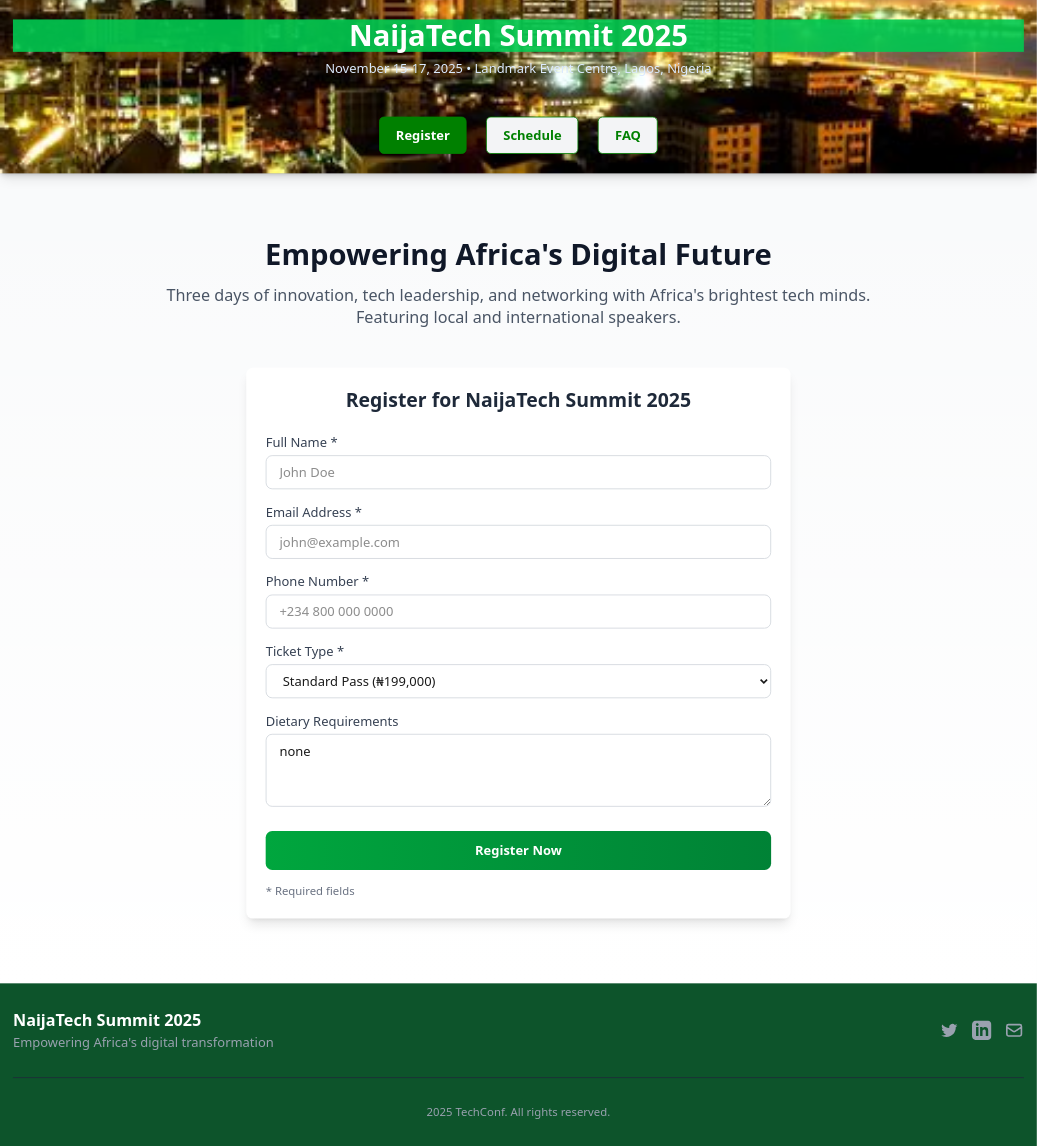
Repository: AYANO-EMMANUEL/fictional-tech-conf-event
Page: /
An editor plug-in stored every save of this project. The page is shown before and after the next save, followed by the edit.
The browser window is 1280 px wide. The pictures show the whole page, at 81% of full size.
The project was rebuilt for these pictures with package versions that can differ from the ones it lists, and the page was loaded fresh each time. Also part of the build but not shown: vite.config.ts, src/components/Schedule/Schedule.tsx, src/components/FAQ/FAQ.tsx.

Above is the page before, as saved 2025-08-06 14:20:45.

After the next save:
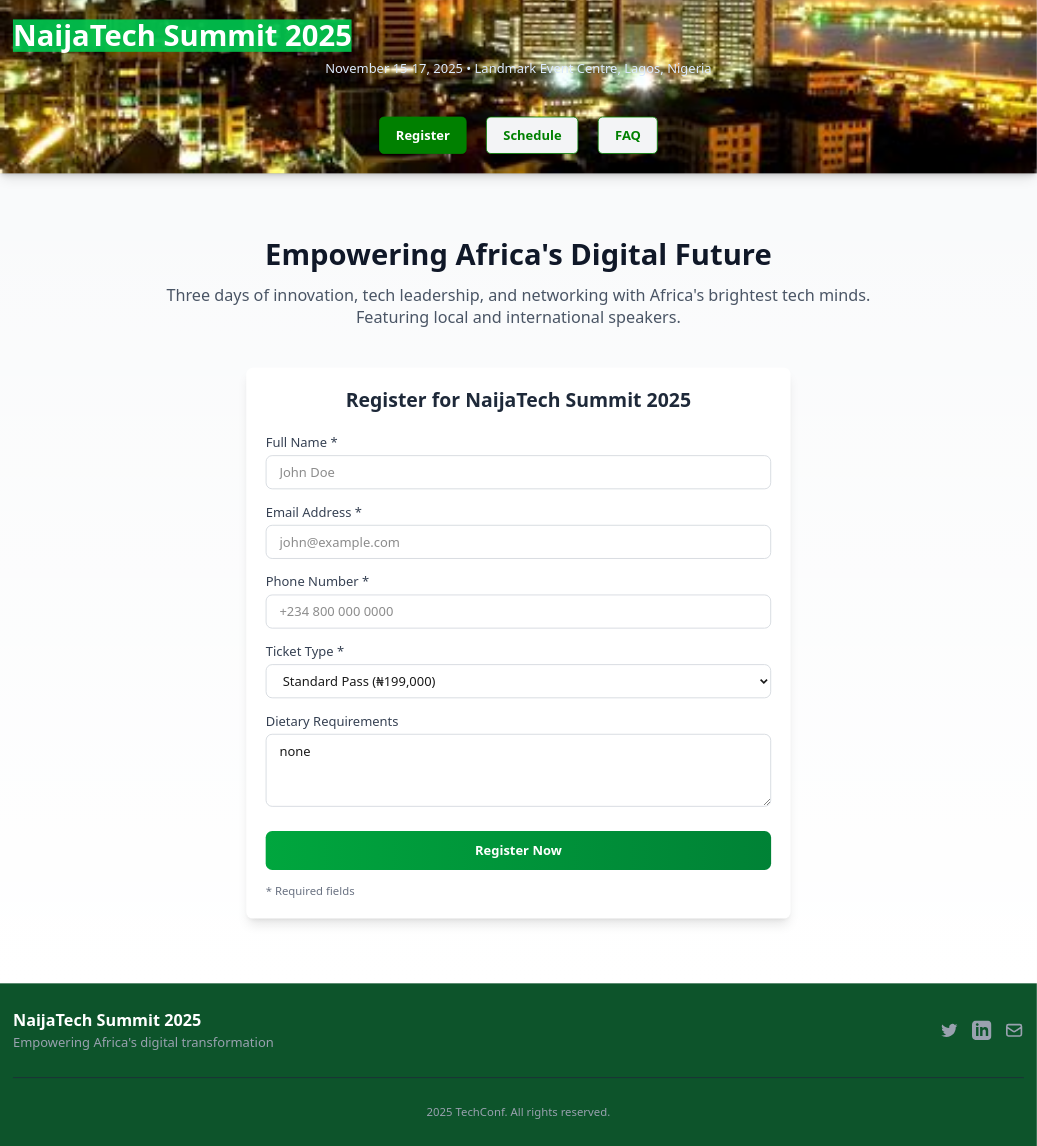
Saved 13 s later.
--- a/src/App.tsx
+++ b/src/App.tsx
@@ -12,7 +12,7 @@ function App() {
       {/* Header */}
       <header className="bg-gradient-to-r text-center from-green-500 to-green-700 bg-cover bg-bottom bg-[url('../src/assets/tnigeria-bg.jpeg')] text-white shadow-lg">
         <div className="container mx-auto px-4 py-6">
-          <h1 className="text-3xl md:text-4xl bg-green-500/90 font-bold mb-2">NaijaTech Summit 2025</h1>
+          <h1 className="text-3xl md:text-4xl w-max bg-green-500/90 font-bold mb-2">NaijaTech Summit 2025</h1>
           <p className="text-blue-100">November 15-17, 2025 • Landmark Event Centre, Lagos, Nigeria</p>
         </div>
 
